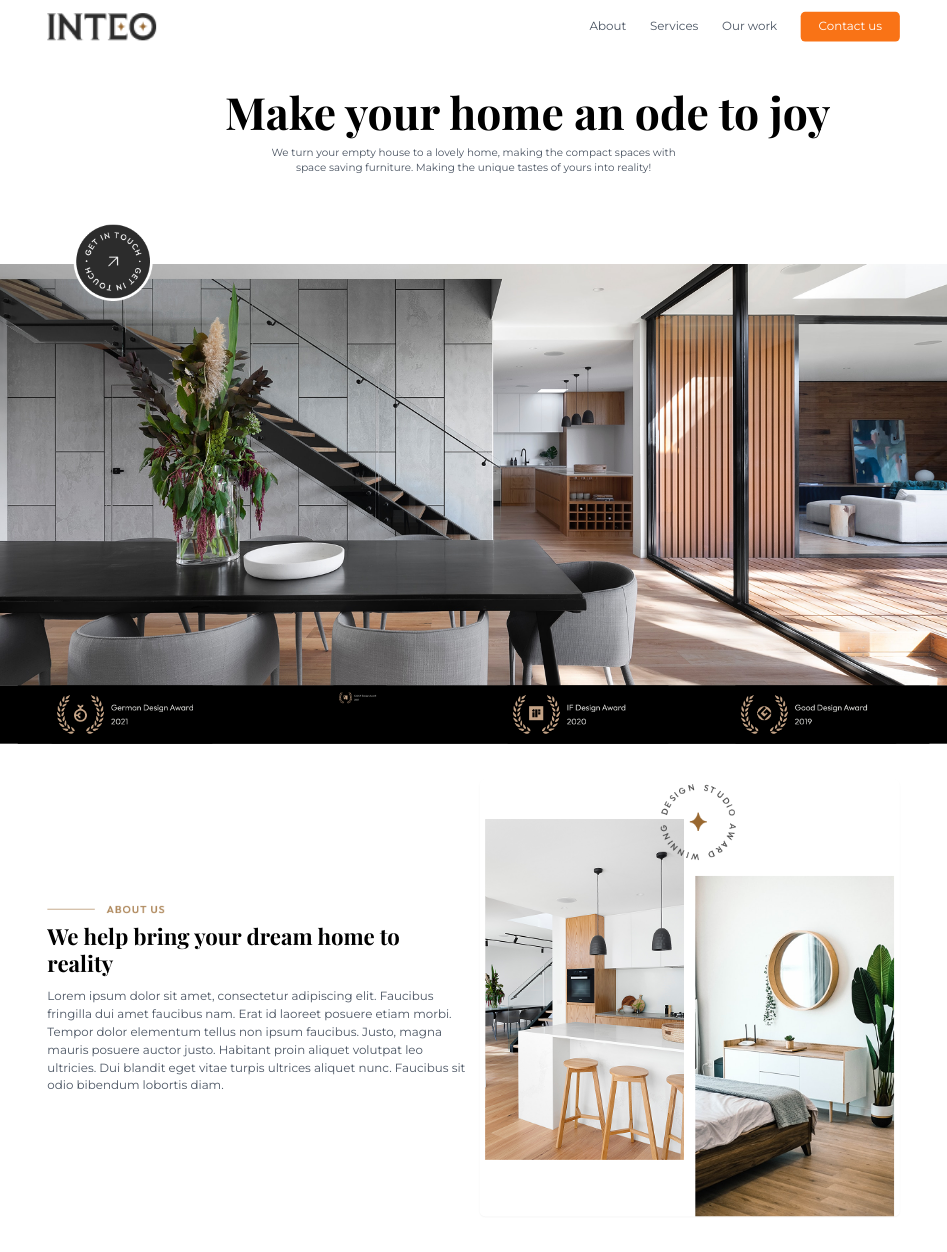
Repository: CatherinneJ/responsive-tailwind-website
Page: tailwind.html
The author's editor kept a copy of each file at every save. The page is drawn from the files as they stood at one save, then again after the next save.
The browser window is 1280 px wide. The pictures show the whole page, at 74% of full size.
Some web libraries are served in a nearby version.

Above is the page before, as saved 2025-05-21 19:33:31.

### tailwind.html
<!DOCTYPE html>
<html lang="en">

<head>
    <meta charset="UTF-8">
    <meta name="viewport" content="width=device-width, initial-scale=1.0">
    <title>NTEO - Make your home an ode to joy</title>
    <script src="https://cdn.tailwindcss.com"></script>
    <link
        href="https://fonts.googleapis.com/css2?family=Playfair+Display:wght@400;700&family=Montserrat:wght@300;400;500;600&display=swap"
        rel="stylesheet">
    <style>
        .font-playfair {
            font-family: 'Playfair Display', serif;
        }

        body {
            font-family: 'Montserrat', sans-serif;
        }
    </style>
</head>

<body class="bg-white">
    <header class="py-3 px-4 sm:py-4 sm:px-6 lg:px-16">
        <nav class="flex justify-between items-center">
            <img src="./Assets/Logo.png" alt="logo" class="h-8 sm:h-10">
            <ul class="flex space-x-4 sm:space-x-6 md:space-x-8 items-center">
                <li class="hidden sm:inline-block text-gray-600 hover:text-black text-sm sm:text-base">About</li>
                <li class="hidden sm:inline-block text-gray-600 hover:text-black text-sm sm:text-base">Services</li>
                <li class="hidden md:inline-block text-gray-600 hover:text-black text-sm sm:text-base">Our work</li>
                <li
                    class="bg-orange-500 text-white px-4 py-1 sm:px-6 sm:py-2 rounded-md hover:bg-orange-600 text-sm sm:text-base">
                    Contact us</li>
            </ul>
        </nav>
    </header>
    <section
        class="flex flex-col items-center justify-center px-4 sm:px-6 lg:px-16 pt-6 pb-3 sm:pt-8 sm:pb-4 md:pt-12 md:pb-8 text-center">
        <h1
            class="text-3xl sm:text-4xl md:text-5xl lg:text-6xl font-bold whitespace-normal sm:whitespace-nowrap font-playfair mb-3 sm:mb-4 max-w-2xl">
            Make your home an ode to joy
        </h1>

        <p class="text-base sm:text-lg md:text-sm text-gray-600 mb-6 sm:mb-8 max-w-md sm:max-w-xl">
            We turn your empty house to a lovely home, making the compact spaces with space saving furniture. Making the
            unique tastes of yours into reality!
        </p>
    </section>

    <section class="mt-0">
        <img src="./Assets/Creative.png" class="w-full sm:whitespace-wrap" alt="Creative">
    </section>

    <section id="awards" class=" bg-black mt-0 sm:px-6">
        <div class="grid grid-cols-1 md:grid-cols-2 bg-black lg:grid-cols-4 gap-4 px-2 bg-black">

            <img src="./Assets/Awards1.png" class="w-2/3 sm:w-2/3 md:w-3/5 lg:w-3/4 mx-auto bg-black p-2 rounded-sm "
                alt="award1">
            <img src="./Assets/Awards 2.png" class="w-2/3 sm:w-2/3 md:w-3/5 lg:w-1/4 mx-auto bg-black p-2 rounded-sm"
                alt="award2">
            <img src="./Assets/Awards 3.png" class="w-2/3 sm:w-2/3 md:w-3/5 lg:w-3/4 mx-auto bg-black p-2 rounded-sm"
                alt="award3">
            <img src="./Assets/Awards 4.png" class="w-2/3 sm:w-2/2 md:w-3/5 lg:w-3/4 mx-auto bg-black p-2 rounded-sm"
                alt="award4">

        </div>
    </section>

    <section class="flex flex-col md:flex-row items-center gap-3 sm:gap-4 px-4 sm:px-6 lg:px-16 py-6 sm:py-8 md:py-12">
        <div class="md:w-1/2 order-2 md:order-1 mt-4 md:mt-0">

            <img src="./Assets/Eyebrow.png" class="mb-2 h-6 sm:h-4 md:h-5" alt="About us">

            <h2 class="text-xl sm:text-2xl md:text-3xl font-playfair font-bold mb-3 sm:mb-4">
                We help bring your dream home to reality
            </h2>
            <p class="text-gray-600 text-sm sm:text-base">
                Lorem ipsum dolor sit amet, consectetur adipiscing elit. Faucibus fringilla dui amet faucibus nam. Erat
                id laoreet posuere etiam morbi. Tempor dolor elementum tellus non ipsum faucibus. Justo, magna mauris
                posuere auctor justo. Habitant proin aliquet volutpat leo ultricies. Dui blandit eget vitae turpis
                ultrices aliquet nunc. Faucibus sit odio bibendum lobortis diam.
            </p>
        </div>
        <div class="md:w-1/2 order-1 md:order-2">
            <img src="./Assets/Section.png" alt="Home design" class="w-full rounded-lg shadow-sm">
        </div>
    </section>
</body>

</html>

After the next save:
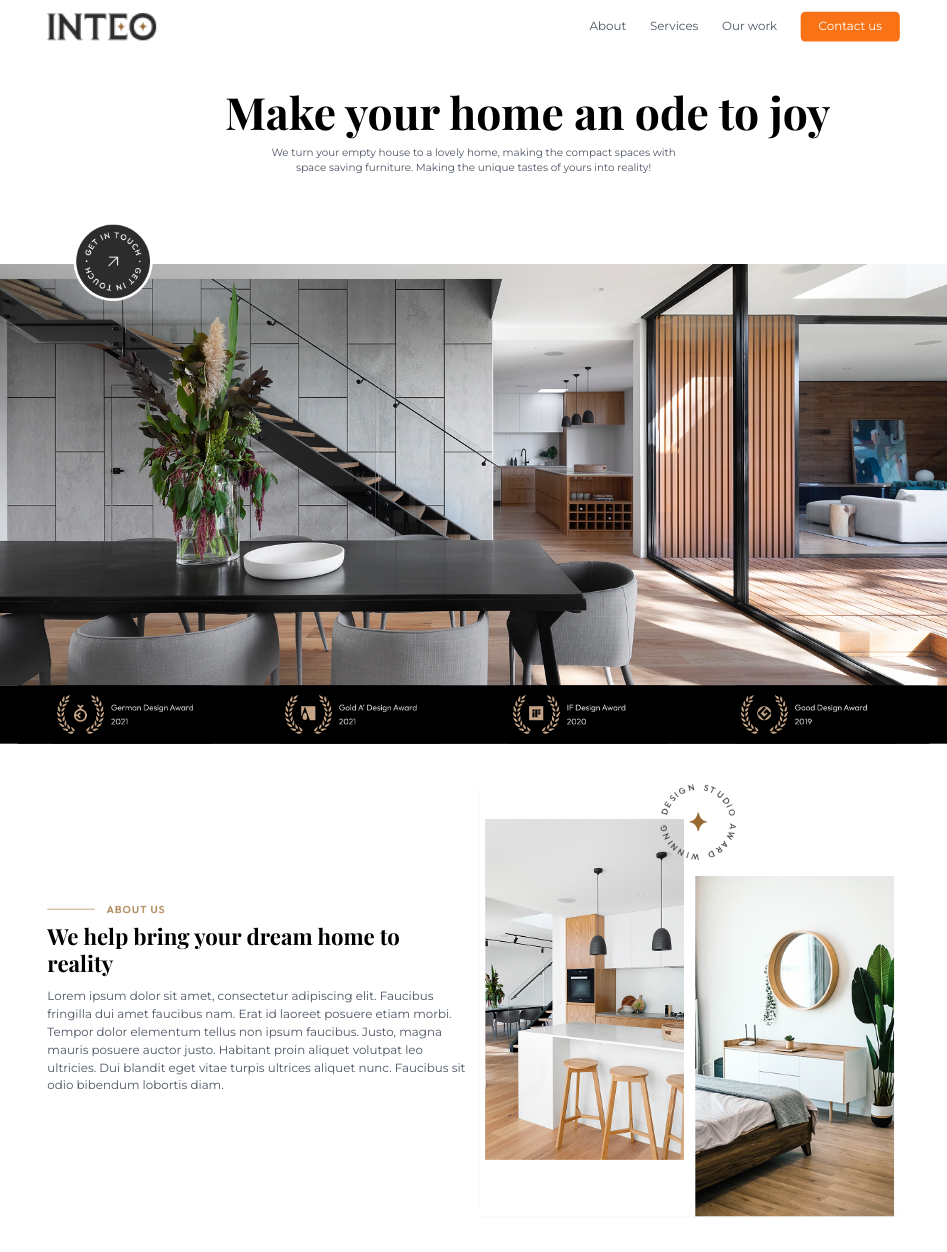
Saved 6 s later.
--- a/tailwind.html
+++ b/tailwind.html
@@ -56,7 +56,7 @@
 
             <img src="./Assets/Awards1.png" class="w-2/3 sm:w-2/3 md:w-3/5 lg:w-3/4 mx-auto bg-black p-2 rounded-sm "
                 alt="award1">
-            <img src="./Assets/Awards 2.png" class="w-2/3 sm:w-2/3 md:w-3/5 lg:w-1/4 mx-auto bg-black p-2 rounded-sm"
+            <img src="./Assets/Awards 2.png" class="w-2/3 sm:w-2/3 md:w-3/5 lg:w-3/4 mx-auto bg-black p-2 rounded-sm"
                 alt="award2">
             <img src="./Assets/Awards 3.png" class="w-2/3 sm:w-2/3 md:w-3/5 lg:w-3/4 mx-auto bg-black p-2 rounded-sm"
                 alt="award3">
